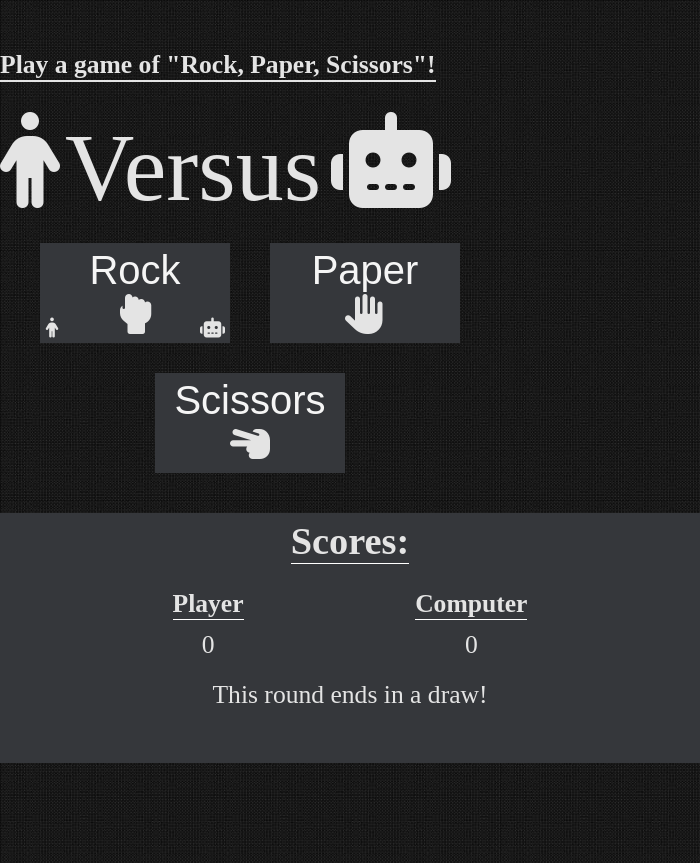
Repository: Pafestivo/rock-paper-scissors
Page: index.html
The author's editor kept a copy of each file at every save. The page is drawn from the files as they stood at one save, then again after the next save.
The browser window is 375 px wide. The page is 700 px wide, so the pictures cover 700 px, including what lies to the right of the window. The pictures show the whole page.
After loading, the first visible `#rock` was clicked once.
Some web libraries are served in a nearby version.

Above is the page before, as saved 2022-10-15 14:28:10.

After the next save:
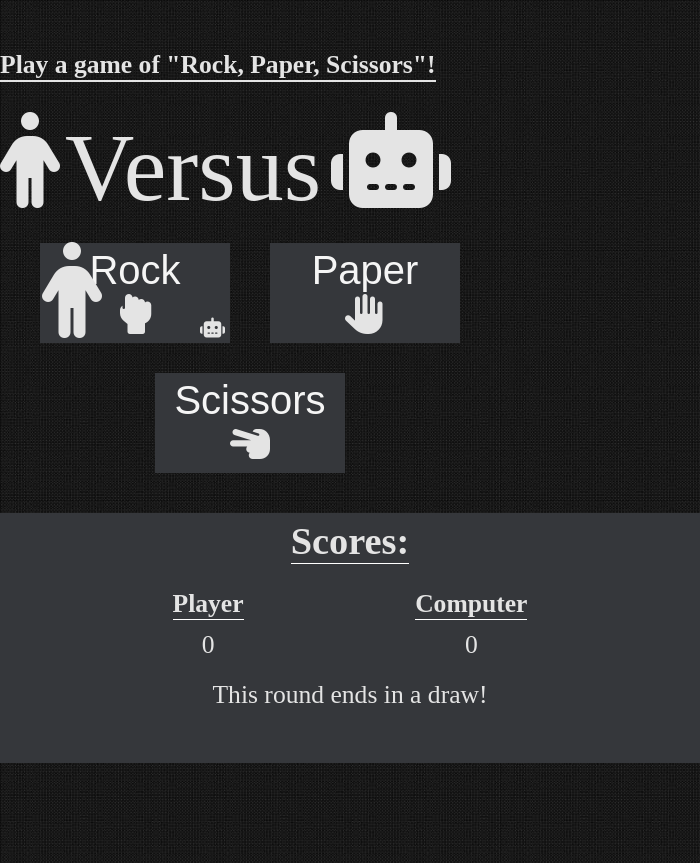
Saved 21 s later.
--- a/styles.css
+++ b/styles.css
@@ -178,7 +178,6 @@
     position: absolute;
     bottom: 5px;
     left: 2px;
-    font-size: 20px;
-    max-width: 20px;
+
   }
 }

After the save that followed:
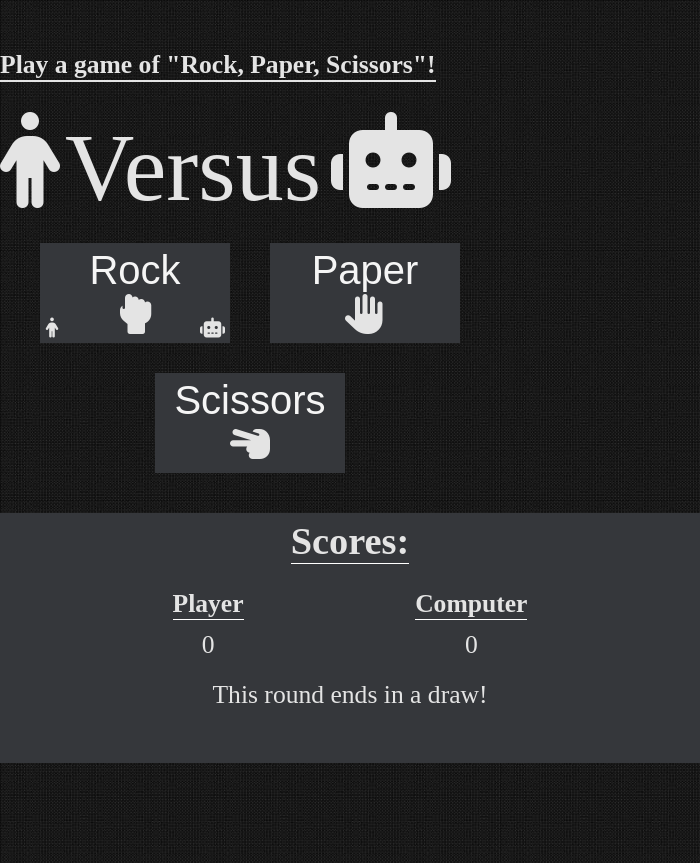
Saved 5 s later.
--- a/styles.css
+++ b/styles.css
@@ -175,9 +175,7 @@
   }
 
   .player-choice {
-    position: absolute;
-    bottom: 5px;
-    left: 2px;
-
+    font-size: 20px;
+    max-width: 20px;
   }
 }
